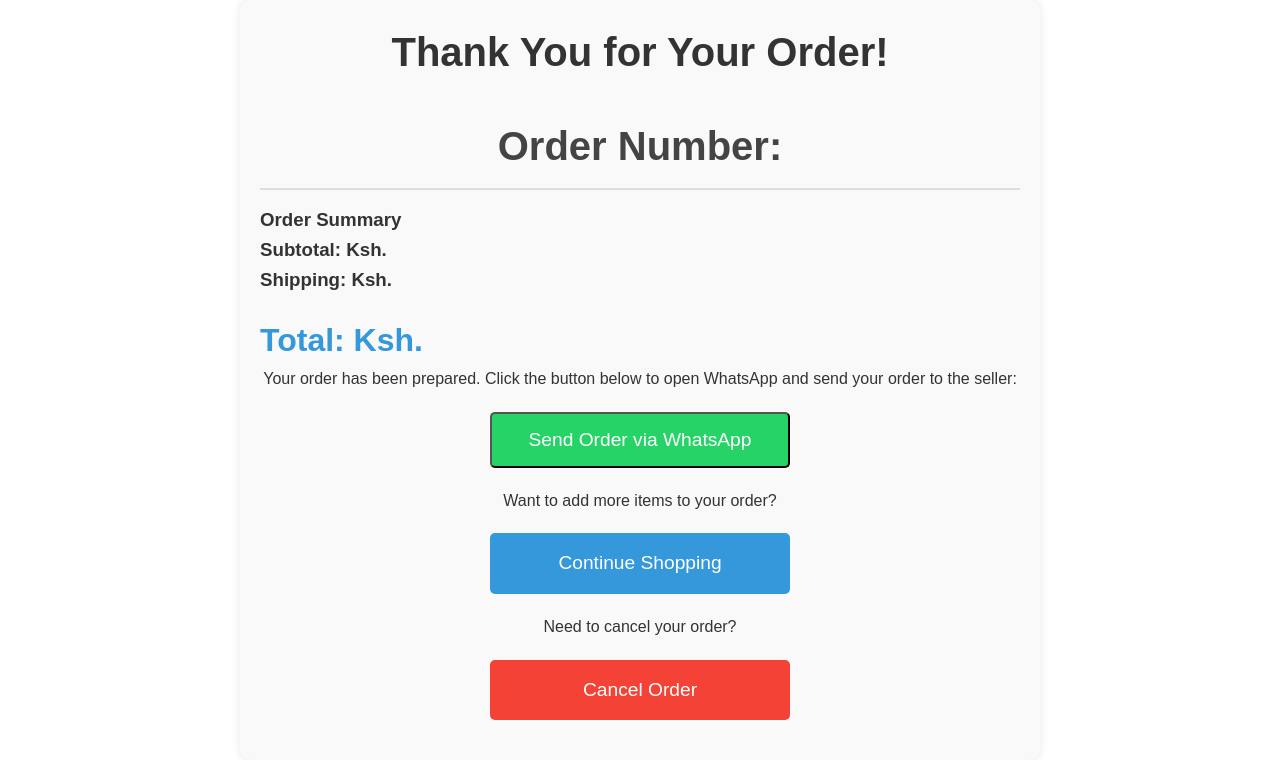
Repository: mrPractise/Elma-Shop
Page: templates/thankyou.html
These files come from the project's save history. The page is drawn as it stood at one moment and after the next save; the edit follows.
The browser window is 1280 px wide. The pictures show the whole page.
Some web fonts or font styles are not loaded; a fallback is used. The page is served by the project's application, run on Django 5.2 (manage.py). Other server files are loaded and not shown. The template is opened directly, without the code that normally fills it, so the values that code supplies are empty.

Above is the page before, as saved 2024-09-28 16:40:03.

### Shop/templatetags/cart_tags.py
from django import template
from Shop.models import Cart, CartItem

register = template.Library()

@register.filter
def cart_item_count(session):
    cart_id = session.get('cart_id')
    if cart_id:
        return CartItem.objects.filter(cart_id=cart_id).count()
    return 0

### Shop/templatetags/category_tags.py


from django import template
from django.urls import reverse

register = template.Library()

@register.simple_tag
def category_url(category):
    url_names = {
        'beauty-products': 'beauty-products',
        'dresses': 'dresses',
        'jewelry': 'jewelry',
        'home-decor': 'home-decor'
    }
    url_name = url_names.get(category.slug, 'category_detail')
    return reverse(url_name, kwargs={'category_slug': category.slug})

### templates/thankyou.html
{% load static %}
{% load humanize %}

<link rel="stylesheet" href="{% static 'css/styles.css' %}">

<div class="thankyou-container">
    <h1>Thank You for Your Order!</h1>
    <h2>Order Number: {{ order.order_number }}</h2>

    <h3>Order Summary</h3>
    {% for item in order.items %}
        <div class="thankyou-order-item">
            <p>{{ item.product_name }}</p>
            <p>Quantity: {{ item.quantity }}</p>
            <p>Price: Ksh.{{ item.price|intcomma }}</p>
        </div>
    {% endfor %}

    <h3>Subtotal: Ksh.{{ order.subtotal|intcomma }}</h3>
    <h3>Shipping: Ksh.{{ order.shipping_cost|intcomma }}</h3>
    <h3 class="thankyou-total">Total: Ksh.{{ order.total_amount|intcomma }}</h3>

    <p class="thankyou-message">Your order has been prepared. Click the button below to open WhatsApp and send your order to the seller:</p>
   <button onclick="sendWhatsAppMessage()" class="thankyou-button thankyou-whatsapp-button">Send Order via WhatsApp</button>


    <p class="thankyou-message">Want to add more items to your order?</p>
    <a href="{% url 'home' %}" class="thankyou-button thankyou-continue-shopping-button">Continue Shopping</a>

    <p class="thankyou-message">Need to cancel your order?</p>
    <a href="{% url 'cancel_order' %}" class="thankyou-button thankyou-cancel-order-button">Cancel Order</a>
</div>

<script>
function sendWhatsAppMessage() {
    var phoneNumber = '{{ whatsapp_number }}';
    var message = '{{ whatsapp_message|escapejs }}';
    var whatsappUrl = `https://wa.me/${phoneNumber}?text=${encodeURIComponent(message)}`;

    window.open(whatsappUrl, '_blank');
}
</script>

### Shop/context_processors.py
# In a new file, e.g., myapp/context_processors.py

from django.conf import settings
import urllib.parse

def whatsapp_url(request):
    phone_number = settings.WHATSAPP_NUMBER
    message = settings.WHATSAPP_MESSAGE
    whatsapp_url = f"https://wa.me/{phone_number}?text={urllib.parse.quote(message)}"
    return {'whatsapp_url': whatsapp_url}

### Shop/cache_control.py
from django.utils.cache import patch_cache_control
from django.conf import settings

def cache_control_middleware(get_response):
    def middleware(request):
        response = get_response(request)
        if request.path.startswith(settings.MEDIA_URL) and request.path.lower().endswith(('.png', '.jpg', '.jpeg', '.gif')):
            patch_cache_control(response, max_age=3600*24*30)  # Cache for 30 days
        return response
    return middleware

### ElmaShop/urls.py
from django.contrib import admin
from django.urls import path, include
from django.conf.urls.static import static
from django.conf import settings

urlpatterns = [
    path('admin/', admin.site.urls),
    path('', include('Shop.urls'))
]

if settings.DEBUG:
    urlpatterns += static(settings.STATIC_URL, document_root=settings.STATIC_ROOT)
    urlpatterns += static(settings.MEDIA_URL, document_root=settings.MEDIA_ROOT)

### Shop/urls.py
from django.urls import path
from Shop import views


urlpatterns = [
    path('', views.home, name='home'),
    path('beauty/', views.beauty, name='Beauty-Products'),
    path('dress/', views.dress, name='Dresses'),
    path('jewelry/', views.jewelry, name='Jewelry'),
    path('homedecor/', views.homedecor, name='Homedecor'),
    path('checkout/', views.checkout, name='checkout'),
    path('products/<slug:category_slug>/', views.category_products, name='category_products'),
    path('cart/', views.cartpage, name='cartpage'),
    path('add-to-cart/<int:product_id>/', views.add_to_cart, name='add_to_cart'),
    path('remove-from-cart/<int:product_id>/', views.remove_from_cart, name='remove_from_cart'),
    path('update-cart/<int:product_id>/', views.update_cart, name='update_cart'),
    path('search/', views.search_products, name='search_products'),
    path('thank-you/', views.thank_you, name='thank_you'),
    path('cancel-order/', views.cancel_order, name='cancel_order'),
]

Loaded but not shown: Shop/templatetags/custom_filters.py (common file); static/css/styles.css (1384 lines, source omitted)

After the next save:
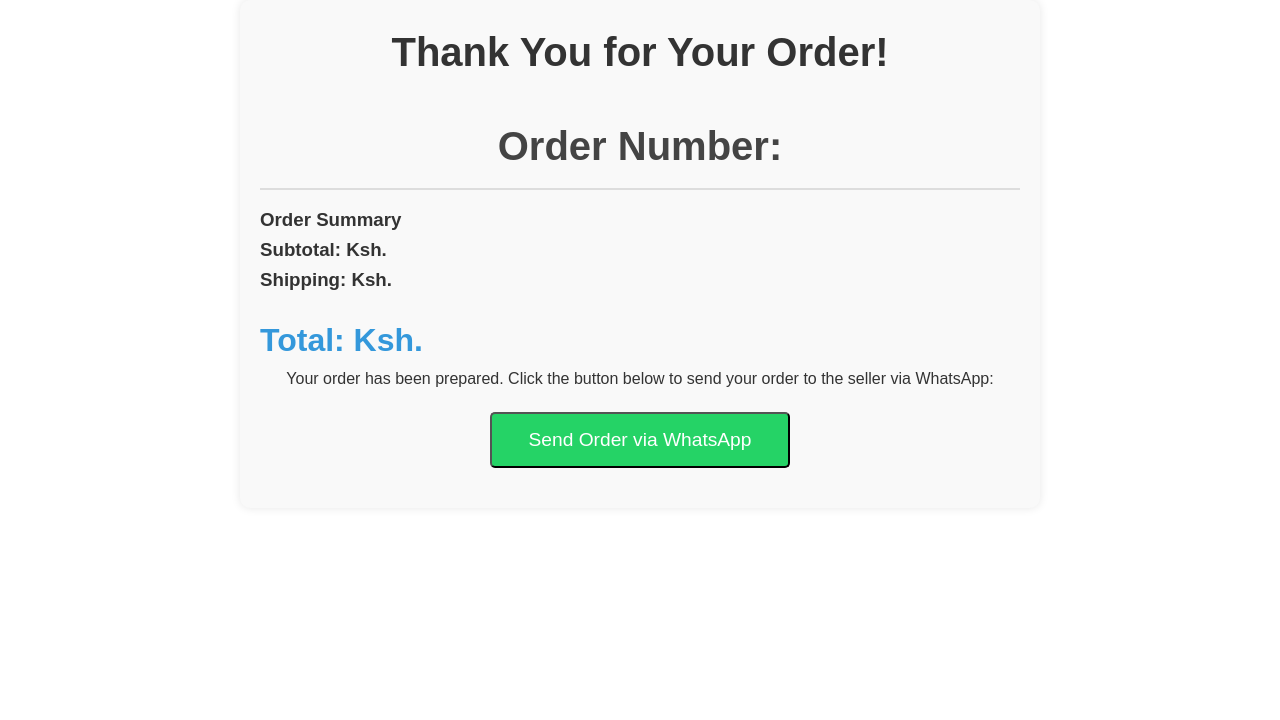
Saved 37 s later.
--- a/templates/thankyou.html
+++ b/templates/thankyou.html
@@ -20,15 +20,8 @@
     <h3>Shipping: Ksh.{{ order.shipping_cost|intcomma }}</h3>
     <h3 class="thankyou-total">Total: Ksh.{{ order.total_amount|intcomma }}</h3>
 
-    <p class="thankyou-message">Your order has been prepared. Click the button below to open WhatsApp and send your order to the seller:</p>
-   <button onclick="sendWhatsAppMessage()" class="thankyou-button thankyou-whatsapp-button">Send Order via WhatsApp</button>
-
-
-    <p class="thankyou-message">Want to add more items to your order?</p>
-    <a href="{% url 'home' %}" class="thankyou-button thankyou-continue-shopping-button">Continue Shopping</a>
-
-    <p class="thankyou-message">Need to cancel your order?</p>
-    <a href="{% url 'cancel_order' %}" class="thankyou-button thankyou-cancel-order-button">Cancel Order</a>
+    <p class="thankyou-message">Your order has been prepared. Click the button below to send your order to the seller via WhatsApp:</p>
+    <button onclick="sendWhatsAppMessage()" class="thankyou-button thankyou-whatsapp-button">Send Order via WhatsApp</button>
 </div>
 
 <script>
